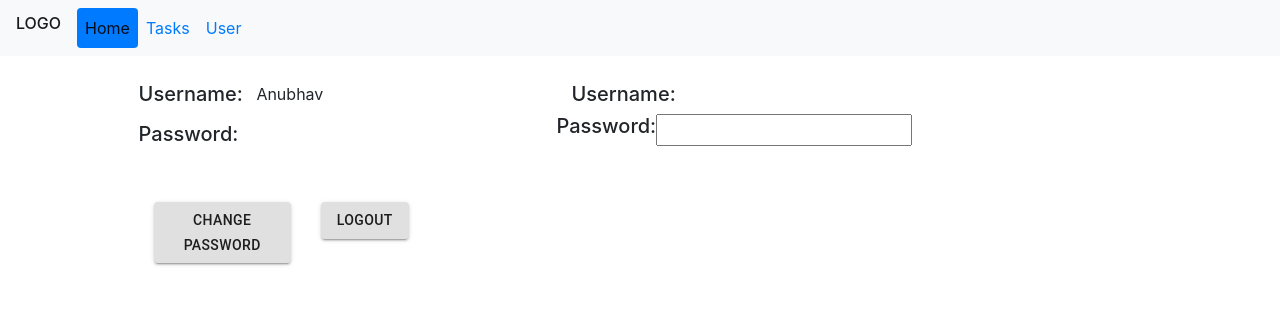
Repository: lalji-yadav/Nimapinfotech-demo-project
Page: /user
An editor plug-in stored every save of this project. The page is shown before and after the next save, followed by the edit.
The browser window is 1280 px wide. The pictures show the whole page.
The project was rebuilt for these pictures with package versions that can differ from the ones it lists, and the page was loaded fresh each time. Also part of the build but not shown: src/components/Home.js, src/components/Tasks.js, src/components/Login.js.

Above is the page before, as saved 2021-01-17 20:19:23.

After the next save:
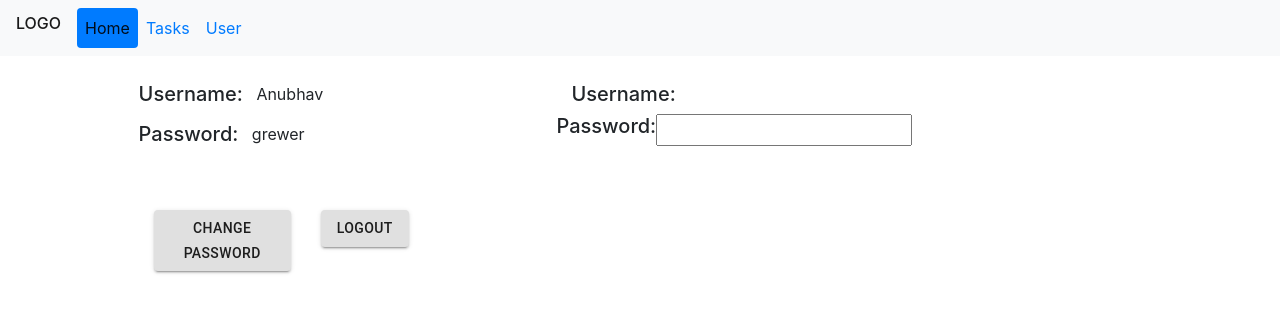
Saved 32 s later.
--- a/src/components/Users.js
+++ b/src/components/Users.js
@@ -18,7 +18,7 @@ const User=()=> {
                         </div>
 
                         <div className="row">
-                         <h5>Password:</h5> <span> </span>
+                         <h5>Password:</h5>  &nbsp; &nbsp; <p>{values.password} </p>
                         </div>
 
 
